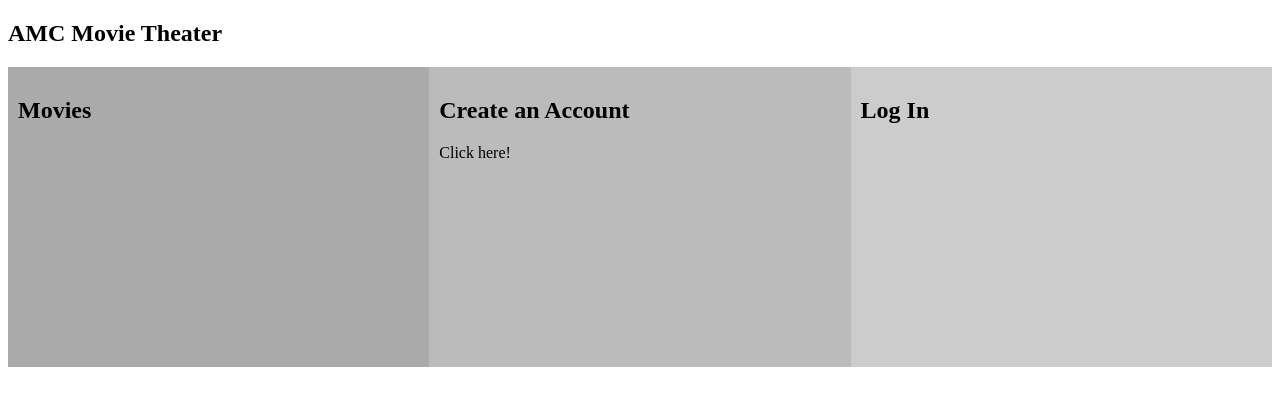
Repository: TagninaShama/CoreJavaJune2020
Page: http://localhost/FinalProject/
An editor plug-in stored every save of this project. The page is shown before and after the next save, followed by the edit.
The browser window is 1280 px wide. The pictures show the whole page.
The page is served by Tomcat 9. Other server files are loaded and not shown.

Above is the page before, as saved 2019-11-24 17:18:56.

### FinalProject/WebContent/index.jsp
<!DOCTYPE html>
<html>
<head>
<meta name="viewport" content="width=device-width, initial-scale=1">
<style>
* {
  box-sizing: border-box;
}

/* Create three equal columns that floats next to each other */
.column {
  float: left;
  width: 33.33%;
  padding: 10px;
  height: 300px; /* Should be removed. Only for demonstration */
}

/* Clear floats after the columns */
.row:after {
  content: "";
  display: table;
  clear: both;
}
</style>
</head>
<body>

<h2>AMC Movie Theater</h2>

<div class="row">
  <div class="column" style="background-color:#aaa;">
    <h2>Movies</h2>


<script>
function myFunction() {
  location.replace("addAccountForm")
}
</script>

  </div>
  <div class="column" style="background-color:#bbb;">
    <h2>Create an Account</h2>
    <text onclick="myFunction()"> Click here!</text>
  </div>
  <div class="column" style="background-color:#ccc;">
    <h2>Log In </h2>
  </div>
</div>

</body>
</html>

After the next save:
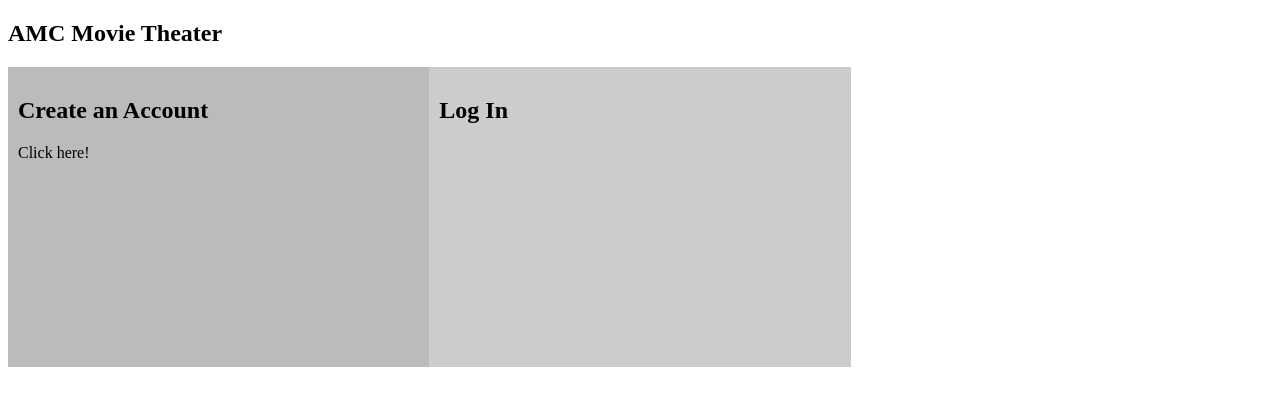
Saved 54 min 52 s later.
--- a/FinalProject/WebContent/index.jsp
+++ b/FinalProject/WebContent/index.jsp
@@ -1,3 +1,5 @@
+<%@ page language="java" contentType="text/html; charset=ISO-8859-1"
+    pageEncoding="ISO-8859-1"%>
 <!DOCTYPE html>
 <html>
 <head>
@@ -28,9 +30,6 @@
 <h2>AMC Movie Theater</h2>
 
 <div class="row">
-  <div class="column" style="background-color:#aaa;">
-    <h2>Movies</h2>
-
 
 <script>
 function myFunction() {
